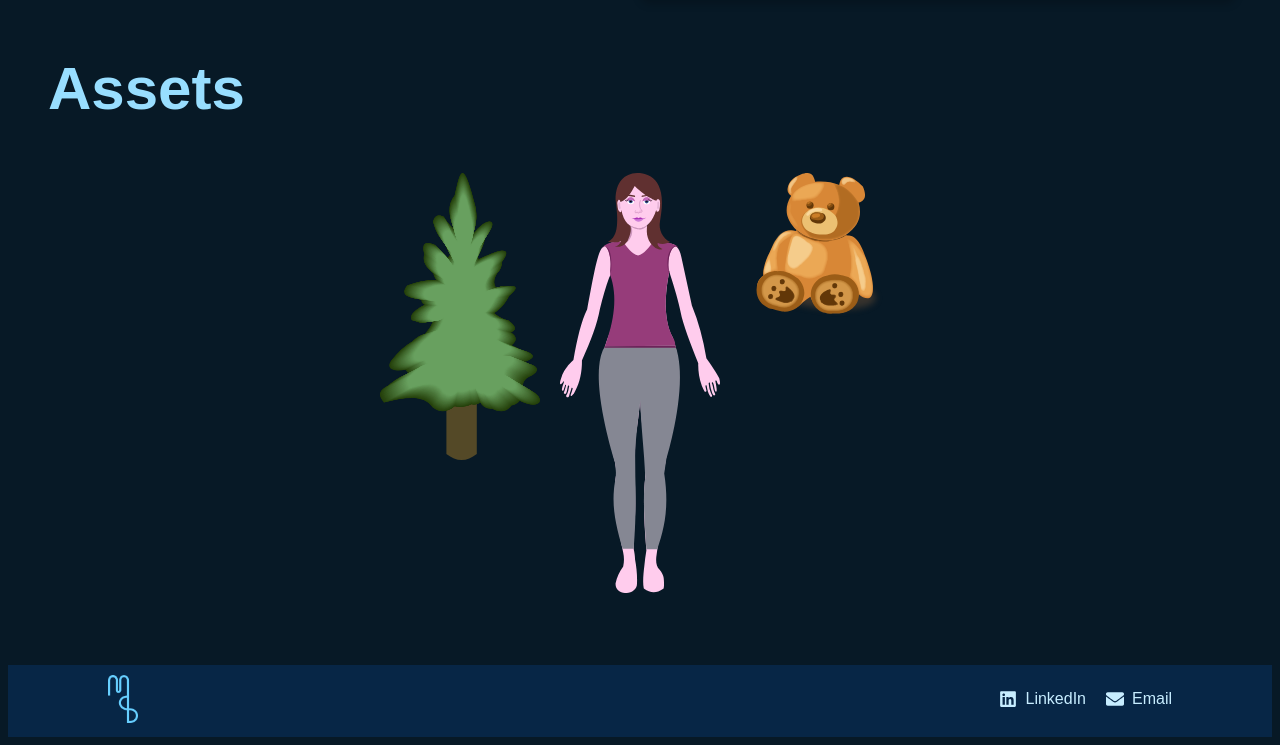
Repository: madelinestruthers/madeline-portfolio-site
Page: /Projects/motion-project
These files come from the project's save history. The page is drawn as it stood at one moment and after the next save; the edit follows.
The browser window is 1280 px wide. The pictures show the part of the page from y = 651 to 1396 px (the page is 1396 px tall).
The project was rebuilt for these pictures with package versions that can differ from the ones it lists, and the page was loaded fresh each time. The framework's server and built-in components were replaced by stand-ins that run in the browser. Also part of the build but not shown: next.config.mjs.

Above is the page before, as saved 2025-03-22 19:52:14.

### src/pages/Projects/motion-project.js
import NavBar from "@/components/NavBar";
import Footer from "@/components/Footer";
import styles from "@/styles/MotionProject.module.css";
import Image from "next/image";

export default function MotionProject() {
    return (
        <div className={styles.page}> {/* ✅ Add a wrapper div */}
            <NavBar />

            <main className={styles.container}>
                <h1 className={styles.h1Style}>How to Ground Yourself</h1>

                {/* Video & Description Row on Desktop (Video on Right) */}
                <div className={styles.videoDescriptionWrapper}>

                    {/* Project Details (Left Side on Desktop) */}
                    <div className={styles.descriptionContainer}>
                        <p className={styles.description}>
                            Made for kids, this motion graphics piece explores mindfulness and grounding through fluid animation, soft colors, and soothing music. Created with After Effects and Illustrator, it delivers a calm, immersive experience.
                        </p>
                    </div>

                    {/* Video Section (Right Side on Desktop) */}
                    <div className={styles.videoContainer}>
                        <iframe
                            className={styles.video}
                            src="https://www.youtube.com/embed/LDuL9oxN3RY?si=x8TfYwBB4a7iYpOd"
                            title="YouTube video player"
                            allow="accelerometer; autoplay; clipboard-write; encrypted-media; gyroscope; picture-in-picture; web-share"
                            referrerPolicy="strict-origin-when-cross-origin"
                            allowFullScreen
                        ></iframe>
                    </div>

                </div>
                <h2 className={styles.h1Style}>Assets</h2>
                <div className={styles.assetContainer}>
                    <div className={styles.assets}>
                        <Image src="/images/Asset2.svg" alt="Asset 2" width={150} height={150} className={styles.assetImage} />
                        <Image src="/images/Asset1.svg" alt="Asset 1" width={150} height={150} className={styles.assetImage} />
                        <Image src="/images/Asset3.svg" alt="Asset 3" width={150} height={150} className={styles.assetImage} />
                    </div>
                </div>
            </main>

            <Footer />
        </div>
    );
}

### src/styles/globals.css
:root {
  --background: #071926;
  --foreground: #171717;
    --accent: #98deff; /* Change to your preferred color */
}

@media (prefers-color-scheme: dark) {
  :root {
    --background: #071926;
    --foreground: #ffffff;
  }
}

html,
body {
  max-width: 100vw;
  overflow-x: hidden;
}


body {
  color: var(--foreground);
  background: var(--background);
  font-family: comme, Poppins, sans-serif;
  font-size: 16px;
}

/* styles*/



a {
  color: inherit;
  text-decoration: none;
}

.projects-page {
  display: flex;
  flex-direction: column;
  min-height: 100vh;
}

/* 📌 Title & Filter Layout */
.projects-header {
  display: flex;
  justify-content: space-between;
  align-items: center;
  padding: 2rem 0;
  width: 100%;
}

/* Align title left */
.projects-header h1 {
  font-size: 60px;
  font-weight: bold;
  margin-left: 100px;
  color: #98deff;
}

/* Align filter right */
.filter-container {
  display: flex;
  align-items: center;
  gap: 10px;
  margin-right: 100px;
}

/* 📌 Apply required #category-filter styling */
#category-filter {
  padding: 10px;
  font-size: 1rem;
  border-radius: 5px;
  border: 1px solid #ccc;
  cursor: pointer;
}

/* 📌 Grid Layout for Projects */
.projects-container {
  display: grid;
  grid-template-columns: 1fr;
  gap: 20px;
  padding-top: 2rem;
  justify-items: center;
  flex-grow: 1; /* Ensures content takes up available space */
}

/* 📌 Handle No Projects */
.no-projects {
  text-align: center;
  font-size: 1.2rem;
  color: #999;
}

/* 📌 Stick Footer to Bottom */
footer {
  margin-top: auto;
}


/* 🔥 Tablet View (600px and up) */
@media (min-width: 600px) {
  .projects-container {
    grid-template-columns: repeat(2, 1fr);
  }
}

/* 🖥️ Desktop View (900px and up) */
@media (min-width: 900px) {
  .projects-container {
    grid-template-columns: repeat(3, 1fr);
    margin: 1rem 100px 6rem 100px;
    gap: 6rem;
  }
}

/* 🖥️ Large Desktop View (1400px and up) */
@media (min-width: 1600px) {
  .projects-container {
    grid-template-columns: repeat(4, 1fr);
    margin: 2rem 200px 6rem 200px;
    gap: 8rem;
  }
}

/* 📱 Mobile View: Stack title & filter */
@media (max-width: 899px) {
  .projects-header {
    flex-direction: column;
    align-items: center;
    text-align: center;
    gap: 10px;
  }

  .projects-header h1 {
    margin-left: 0;
  }

  .filter-container {
    margin-right: 0;
  }
}

### src/components/NavBar.js

import React, { useState } from "react";
import Image from "next/image";
import styles from "./Navbar.module.css";

const NavBar = () => {
  const [isMenuOpen, setIsMenuOpen] = useState(false);
  const toggleMenu = () => setIsMenuOpen(!isMenuOpen);

  return (
    <nav className={styles.navbar}>
      <div className={styles["navbar-logo"]}>
        <a href="/">
          <div className={styles["logo-wrapper"]}>
            <Image
              src="/images/ms-logo.svg"
              alt="Logo"
              width={80}
              height={22}
              priority
            />
          </div>
        </a>
      </div>

      <div className={styles.hamburger} onClick={toggleMenu}>
        <div className={styles.bar}></div>
        <div className={styles.bar}></div>
        <div className={styles.bar}></div>
      </div>

      <ul
        className={`${styles["navbar-links"]} ${
          isMenuOpen ? styles["navbar-links-open"] : ""
        }`}
      >
        <li>
          <a href="/projects">Projects</a>
        </li>
        <li>
          <a href="/about">About Me</a>
        </li>
      </ul>
    </nav>
  );
};

export default NavBar;

### src/components/Footer.js
// src/components/Footer.js
import React from "react";
import styles from "./Footer.module.css";
import { FaLinkedin, FaEnvelope } from "react-icons/fa";
import Image from "next/image";

const Footer = () => {
  return (
    <footer className={styles.footer}>
      {/* Left Section: Logo */}
      <div className={styles.logo}>
        <a href="/">
        <Image
            src="/images/ms-logo.png"
            alt="Logo"
            width={30}
            height={48}
          />
        </a>
      </div>

      {/* Right Section: Links */}
      <div className={styles.links}>
        <a
          href="https://linkedin.com/in/madelinestruthers"
          target="_blank"
          rel="noopener noreferrer"
          className={styles.link}
        >
          <FaLinkedin className={styles.icon} /> LinkedIn
        </a>
        <a
          href="mailto:maddiestruthersdesigns@gmail.com"
          className={styles.link}
        >
          <FaEnvelope className={styles.icon} /> Email
        </a>
      </div>
    </footer>
  );
};

export default Footer;

### src/styles/MotionProject.module.css
/* Page Wrapper */
/* Page Wrapper */
.page {
    display: flex;
    flex-direction: column;
    min-height: 100vh;
    /* Ensures the full viewport height */
}

/* Main Content */
.container {
    flex: 1;
    /* Pushes the footer down */
    display: flex;
    flex-direction: column;
    align-items: center;
    padding: 20px;
}

/* Video & Description Layout */
.videoDescriptionWrapper {
    display: flex;
    flex-direction: column;
    /* Mobile: Stacked */
    align-items: center;
    gap: 20px;
    width: 100%;
}

/* Video Styling */
.videoContainer {
    width: 100%;
    max-width: 600px;
    margin-top: 1rem;
}

.video {
    width: 100%;
    height: 45vh;
    border-radius: 10px;
    box-shadow: 0 4px 8px rgba(0, 0, 0, 0.2);
}

/* Title & Description */
.descriptionContainer {
    text-align: left;
    max-width: 600px;
}


.h1Style {
    font-size: 30px;
    color: #98deff;
    font-weight: bold;
    text-align: left;
    /* ✅ Aligns to the left */
    width: 100%;
    /* Makes sure it spans the full width */
    max-width: 1200px;
}


.description {
    font-size: 1rem;
    color: #cbedfd;
    line-height: 1.6;
}

/* Assets Section */
.assetsContainer {
    text-align: left;
    width: 100%;
    display: flex;
    justify-content: flex-start;
  }

  .assets {
    display: flex;
    flex-direction: column;
    align-items: flex-start;
    gap: 20px;
    width: 100%;
  }

  .assetImage {
    height: auto;
  }



.h2Style {
    font-size: 24px;
    color: #C7EDFF;
    margin-bottom: 10px;
}




/* 🔹 Tablet View (iPad) */
@media (min-width: 768px) {
    .container {
        padding: 40px;
    }

    .assets {
        flex-direction: row;
        justify-content: flex-start;
      }

    .h1Style {
        font-size: 36px;
    }

    .description {
        font-size: 1.1rem;
        max-width: 80%;
    }

    .assets {
        flex-direction: row;
        justify-content: center;
      }
}

/* 🖥️ Desktop View */
@media (min-width: 1024px) {
    .container {
        max-width: 1200px;
        margin: auto;
    }

    .videoDescriptionWrapper {
        flex-direction: row;
        /* Desktop: Side-by-Side */
        align-items: flex-start;
        justify-content: space-between;
    }

    .descriptionContainer {
        flex: 1;
        max-width: 40%;
        text-align: left;
    }

    .videoContainer {
        flex: 1;
        max-width: 50%;
        /* Make it take half the width */
        order: 2;

    }

    .h1Style {
        font-size: 60px;
    }

    .description {
        font-size: 1.2rem;
        max-width: 100%;
    }

    .assetImage {
        width: 160px;

      }


}

### src/components/Navbar.module.css
/* Base Styles (Mobile First) */
.navbar {
  display: flex;
  justify-content: space-between;
  align-items: center;
  padding: 1.5rem;
  position: sticky;
  z-index: 111;
}

.navbar-logo img{
  display: flex;
  align-items: center;
  width: 45px;
  height: 100px;
}


.navbar-logo a {
  text-decoration: none;
}

.logo-wrapper {
  display: inline-block;
  transform: scale(1);
  transition: transform 0.4s ease-in-out 0.1s, filter 0.4s ease-in-out 0.1s;
  will-change: transform, filter;
}

.logo-wrapper:hover {
  animation: tiltWobble 0.6s ease-in-out 0.1s;
  transform: scale(1.1);
  filter: brightness(1.1) sepia(1) hue-rotate(-20deg) saturate(5);
}

@keyframes tiltWobble {
  0% {
    transform: scale(1.1) rotateZ(0deg);
  }
  30% {
    transform: scale(1.1) rotateZ(-4deg);
  }
  60% {
    transform: scale(1.1) rotateZ(4deg);
  }
  100% {
    transform: scale(1.1) rotateZ(0deg);
  }
}

/* Hamburger Menu */
.hamburger {
  display: flex;
  flex-direction: column;
  justify-content: space-between;
  width: 2.5rem;
  height: 2rem;
  cursor: pointer;
}

.bar {
  height: 5px;
  width: 100%;
  border-radius: 3px;
  transition: all 0.3s ease;
  background-color: #ffb04f;
}

/* Navigation Links */
.navbar-links {
  display: none;
  flex-direction: column;
  list-style: none;
  text-align: left;
  position: absolute;
  top: 100px;
  right: 30px;
  background-color: #072747;
  box-shadow: 0 4px 6px rgba(0, 0, 0, 0.1);
  border-radius: 8px;
  z-index: 10;
  font-size: 20px;
  padding-bottom: 1rem;
}

.navbar-links a {
  text-decoration: none;
  font-size: 20px;
  font-weight: 600;
  color: #c7edff;
  padding-right: 1.5rem;
  padding-top: 1rem;
  display: block;
  transition: color 0.3s ease, border-color 0.3s ease;
  border-bottom: 4px solid transparent;
}

.navbar-links a:hover {
  transition: color 0.3s ease, border-color 0.3s ease;
  color: #ffb04f;
}

/* Show Links When Menu is Open */
.navbar-links-open {
  display: flex;
}

/* Tablet Styles (768px) */
@media (min-width: 768px) {
  .hamburger {
    display: none;
  }

  .navbar-logo{
    width: 40px;
    height: auto;
  }

  .navbar {
    flex-direction: row;
    justify-content: space-between;
    padding: 10px 100px;
  }

  .navbar-links {
    display: flex;
    flex-direction: row;
    position: static;
    background: none;
    box-shadow: none;
    padding: 0;
    gap: 3rem;
  }

  .navbar-links a {
    padding: 0;
    font-size: 18px;
  }
}

/* Desktop Styles (1024px) */
@media (min-width: 1024px) {
  .navbar {
    padding: 20px 100px;
  }

  .navbar-logo img {
    max-width: 100%;
    height: auto;
  }

  .navbar-links a {
    font-size: 18px;
  }
}

### src/components/Footer.module.css
/* src/components/Footer.module.css */
.footer {
    display: flex;
    justify-content: space-between;
    align-items: center;
    padding: 10px 100px; /* Adjust the side padding as needed */
    background-color: hsl(210, 82%, 15%);
    margin-top: 2rem;
  }

  .logo {
    display: flex;
    align-items: center;
  }

  .logoImage {
    width: auto;
  }

  .links {
    display: flex;
    gap: 20px; /* Space between links */

  }

  .link {
    display: flex;
    align-items: center;
    text-decoration: none;
    font-size: 16px;
    color: #C7EDFF; /* Dark text color */
    transition: color 0.3s ease, border-color 0.3s ease;
    border-bottom: 4px solid transparent; /* Hidden underline */
  }

  .link:hover {
    color: #FF8C00
  }

  .icon {
    margin-right: 8px; /* Space between icon and text */
    font-size: 18px;
  }

Loaded but not shown: src/pages/_app.js (common file); src/pages/_document.js (common file)

After the next save:
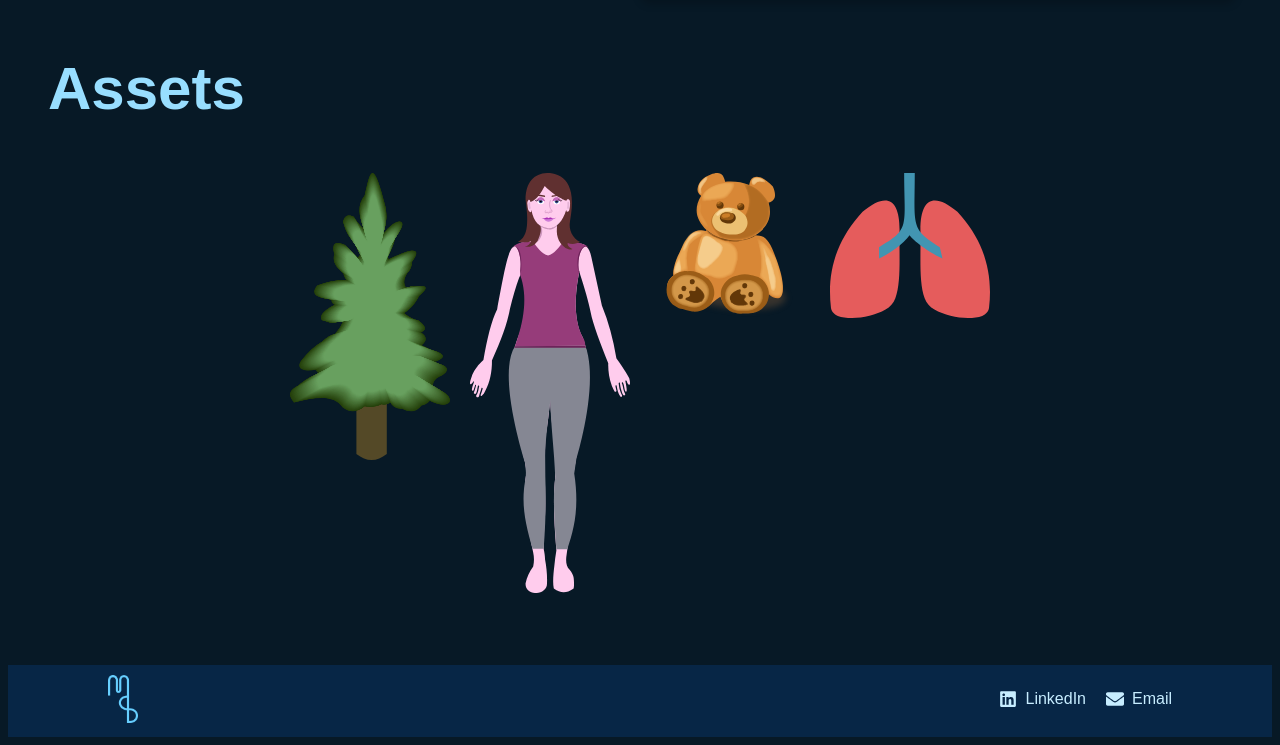
Saved 83 s later.
--- a/src/pages/Projects/motion-project.js
+++ b/src/pages/Projects/motion-project.js
@@ -40,6 +40,7 @@ export default function MotionProject() {
                         <Image src="/images/Asset2.svg" alt="Asset 2" width={150} height={150} className={styles.assetImage} />
                         <Image src="/images/Asset1.svg" alt="Asset 1" width={150} height={150} className={styles.assetImage} />
                         <Image src="/images/Asset3.svg" alt="Asset 3" width={150} height={150} className={styles.assetImage} />
+                        <Image src="/images/Asset4.svg" alt="Asset 1" width={150} height={150} className={styles.assetImage} />
                     </div>
                 </div>
             </main>
